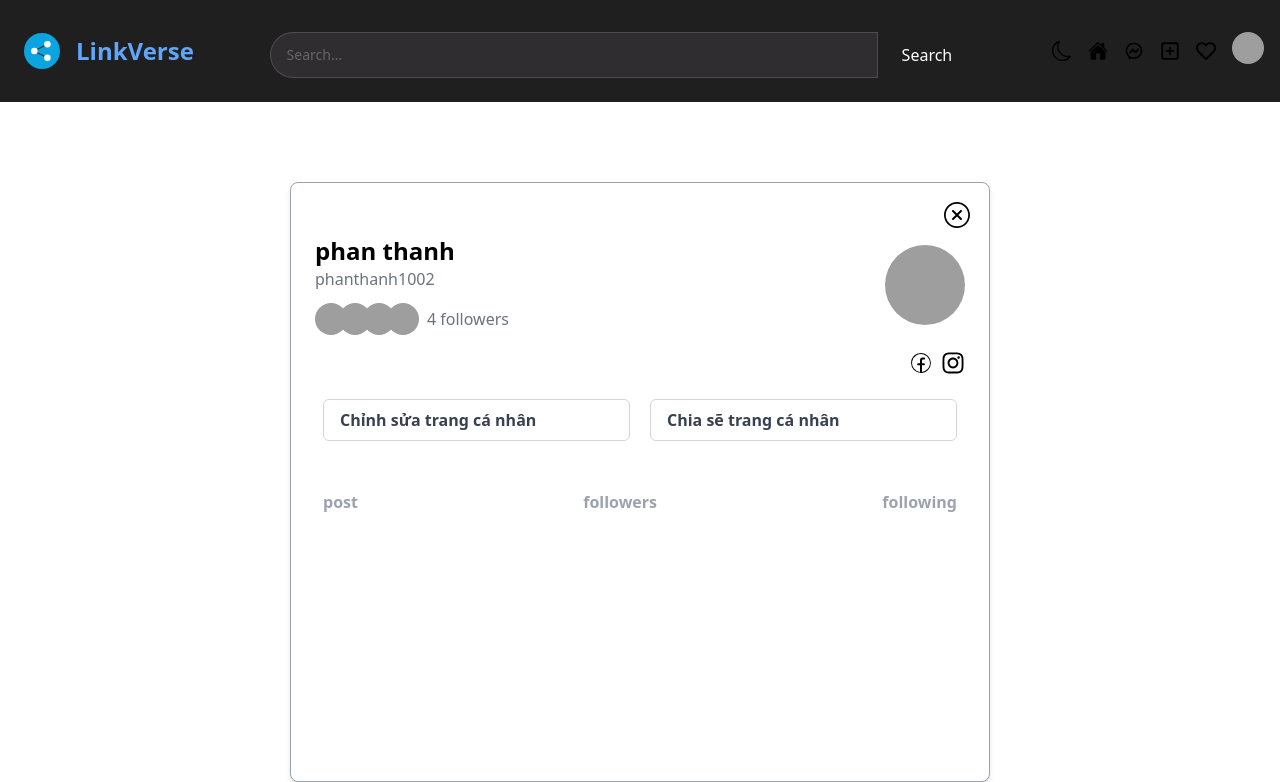
Repository: DangNgocDuong250903/2425_CS445AC_NHOM1
Page: /profile (app in social_fe/)
An editor plug-in stored every save of this project. The page is shown before and after the next save, followed by the edit.
The browser window is 1280 px wide. The pictures show the whole page.
Pictures or frames that could not be fetched are drawn as grey boxes. The project was rebuilt for these pictures with package versions that can differ from the ones it lists, and the page was loaded fresh each time. Also part of the build but not shown: social_fe/vite.config.js, social_fe/src/assets/index.js, social_fe/src/components/FriendCard/index.jsx, social_fe/src/components/Loading/index.jsx, social_fe/src/components/PostCard/index.jsx, social_fe/src/components/ProfileCard/index.jsx, social_fe/src/pages/HomePage/index.jsx, social_fe/src/pages/LoginPage/index.jsx and 6 more.

Above is the page before, as saved 2024-11-05 22:10:24.

### social_fe/index.html
<!DOCTYPE html>
<html lang="en">
  <head>
    <meta charset="UTF-8" />
    <link rel="icon" type="image/svg+xml" href="/public/logo.svg" />
    <meta name="viewport" content="width=device-width, initial-scale=1.0" />
    <title>LinkVerse</title>
  </head>
  <body>
    <div id="root"></div>
    <script type="module" src="/src/main.jsx"></script>
  </body>
</html>

### social_fe/src/main.jsx
import { StrictMode } from "react";
import { createRoot } from "react-dom/client";
import App from "./App.jsx";
import "./index.css";
import { store } from "./redux/store.js";
import { Provider } from "react-redux";
import { BrowserRouter } from "react-router-dom";

createRoot(document.getElementById("root")).render(
  <StrictMode>
    <Provider store={store}>
      <BrowserRouter>
        <App />
      </BrowserRouter>
    </Provider>
  </StrictMode>,
);

### social_fe/src/App.jsx
import { Outlet, Navigate, Route, Routes, useLocation } from "react-router-dom";
import {
  Home,
  Profile,
  Register,
  Login,
  ResetPassword,
  NotFound,
} from "./pages";
import { useSelector } from "react-redux";
import UpdateUser from "./pages/ProfilePage/updateUser";
import ChangePassword from "./pages/ProfilePage/ChangePassword";
import Help from "./pages/ProfilePage/Help";

const Layout = () => {
  const { user } = useSelector((state) => state.user);
  const location = useLocation();

  return user?.token ? (
    <Outlet />
  ) : (
    <Navigate to="/login" state={{ from: location }} replace />
  );
};

function App() {
  const { theme } = useSelector((state) => state.theme);

  return (
    <div data-theme={theme} className="w-full min-h-[100vh]">
      <Routes>
        <Route element={<Layout />}>
          <Route path="/" element={<Home />} />
          <Route path="/profile" element={<Profile />} />
          <Route path="/update_user" element={<UpdateUser />} />
          <Route path="/changepassword" element={<ChangePassword />} />
          <Route path="/help" element={<Help />} />





        </Route>

        <Route path="/register" element={<Register />} />
        <Route path="/login" element={<Login />} />
        <Route path="/reset-password" element={<ResetPassword />} />
        <Route path="*" element={<NotFound />} />
      </Routes>
    </div>
  );
}

export default App;

### social_fe/src/index.css
@tailwind base;
@tailwind components;
@tailwind utilities;

::-webkit-scrollbar {
    display: none;
     -ms-overflow-style: none;  /* IE and Edge */
    scrollbar-width: none;
  }

  .topbar{
  position: sticky;
  top: 0px;
  z-index: 49;
  }


  .dots-container {
    display: flex;
    align-items: center;
    justify-content: center;
    height: 100%;
    width: 100%;
    margin-bottom: 5px;
  }

  .dot {
    height: 12px;
    width: 12px;
    margin-right: 10px;
    border-radius: 10px;
    background-color: #fff;
    animation: pulse 1.5s infinite ease-in-out;
  }

  .dot:last-child {
    margin-right: 0;
  }

  .dot:nth-child(1) {
    animation-delay: -0.3s;
  }

  .dot:nth-child(2) {
    animation-delay: -0.1s;
  }

  .dot:nth-child(3) {
    animation-delay: 0.1s;
  }

  @keyframes pulse {
    0% {
      transform: scale(0.8);
      background-color: #b3d4fc;
      box-shadow: 0 0 0 0 rgba(178, 212, 252, 0.7);
    }

    50% {
      transform: scale(1.2);
      background-color: #4b79e4;
      box-shadow: 0 0 0 10px rgba(178, 212, 252, 0);
    }

    100% {
      transform: scale(0.8);
      background-color: #2584f8;
      box-shadow: 0 0 0 0 rgba(178, 212, 252, 0.7);
    }
  }

  @layer base {
    :root {
      --color-bg: 227 227 227;
      --color-primary: 255 255 255;
      --color-secondary:255 255 255;
      --color-ascent1: 0 0 0;
      --color-ascent2: 89 91 100;
      --color-blue: 6 90 216;
      --color-white: 255 255 255;

    }
    /* //15 23 42  21 30 49*/
    [data-theme="dark"] {
       --color-bg: 12 12 12;
       --color-primary: 31 31 31;
      --color-secondary: 47 45 48;
      --color-ascent1: 255 255 255;
      --color-ascent2: 164 161 162;
      --color-blue: 6 90 216;
      /* //16 176 255; */
      --color-white: 255 255 255;
    }
  }

### social_fe/src/redux/store.js
import { configureStore } from "@reduxjs/toolkit";

import { rootReducer } from "./reducer";

const store = configureStore({
  reducer: rootReducer,
});

const { dispatch } = store;

export { store, dispatch };

### social_fe/src/pages/index.js
import Home from "./HomePage";
import Login from "./LoginPage";
import NotFound from "./NotFoundPage";
import Profile from "./ProfilePage";
import Register from "./RegisterPage";
import ResetPassword from "./ResetPasswordPage";

export { Home, Login, NotFound, Profile, Register, ResetPassword };

### social_fe/src/redux/reducer.js
import { combineReducers } from "@reduxjs/toolkit";

import postSlice from "./Slices/postSlice";
import themeSlice from "./Slices/theme";
import userSlice from "./Slices/userSlice";

const rootReducer = combineReducers({
  user: userSlice,
  theme: themeSlice,
  posts: postSlice,
});

export { rootReducer };

### social_fe/src/pages/ProfilePage/index.jsx
import { CiFacebook } from "react-icons/ci";
import { FaInstagram } from "react-icons/fa";
import { Link, useNavigate } from "react-router-dom";
import { IoIosCloseCircleOutline } from "react-icons/io";
import { TopBar } from "~/components";


const Profile = () => {
  const navigate = useNavigate()
  return (
    <>
      <TopBar></TopBar>
      <div className="flex items-center justify-center pt-20">
        <div className="relative p-6 bg-white rounded-lg shadow-md w-[700px] h-[600px] border border-gray-400">
          <IoIosCloseCircleOutline onClick={() => navigate("/")} className="absolute w-8 h-8 cursor-pointer top-4 right-4 hover:text-red-400 " />
          <div className="flex items-center justify-between mt-7">
            <div>
              <h1 className="text-2xl font-bold">phan thanh</h1>
              <p className="text-gray-500">phanthanh1002</p>
              <div className="flex items-center object-cover mt-3">
                <img src="https://mighty.tools/mockmind-api/content/human/72.jpg" alt="Follower 1" className="w-8 h-8 rounded-full" />
                <img src="https://mighty.tools/mockmind-api/content/human/38.jpg" alt="Follower 2" className="w-8 h-8 -ml-2 rounded-full" />
                <img src="https://mighty.tools/mockmind-api/content/human/49.jpg" alt="Follower 3" className="w-8 h-8 -ml-2 rounded-full" />
                <img src="https://mighty.tools/mockmind-api/content/human/61.jpg" alt="Follower 4" className="w-8 h-8 -ml-2 rounded-full" />
                <span className="ml-2 text-gray-500">4 followers</span>
              </div>
            </div>
            <img src="https://images.unsplash.com/photo-1535713875002-d1d0cf377fde?w=500&auto=format&fit=crop&q=60&ixlib=rb-4.0.3&ixid=M3wxMjA3fDB8MHxzZWFyY2h8M3x8YXZhdGFyfGVufDB8fDB8fHww" alt="Profile" className="items-center object-cover w-20 h-20 rounded-full" />
          </div>
          <div className="flex justify-end gap-2 mt-4 cursor-pointer ">
            <CiFacebook className="w-6 h-6" />
            <FaInstagram className="w-6 h-6" />
          </div>
          <div className="flex gap-5 p-2">
            <Link to="/update_user" className="w-full px-4 py-2 mt-4 font-semibold text-gray-700 bg-white border border-gray-300 rounded-md hover:bg-gray-200">
              Chỉnh sửa trang cá nhân
            </Link>
            <Link className="w-full px-4 py-2 mt-4 font-semibold text-gray-700 bg-white border border-gray-300 rounded-md hover:bg-gray-200">
              Chia sẽ trang cá nhân
            </Link>
          </div>
          <div className="flex justify-between mt-10 text-gray-400 cursor-pointer ">
            <td className=" font-semibold hover:text-black hover:shadow-[0_3px_0_-1px] px-2">post</td>
            <td className="font-semibold hover:text-black hover:shadow-[0_3px_0_-1px] px-2">followers</td>
            <td className="font-semibold hover:text-black hover:shadow-[0_3px_0_-1px] px-2">following</td>
          </div>
        </div>
        {/*  */}
      </div>
    </>

  );

};

export default Profile;

### social_fe/src/redux/Slices/postSlice.js
import { createSlice } from "@reduxjs/toolkit";

const initialState = {
  posts: {},
};

const postSlice = createSlice({
  name: "post",
  initialState,
  reducers: {
    getPosts(state, action) {
      state.posts = action.payload;
    },
  },
});

export default postSlice.reducer;

export function SetPosts(post) {
  return (dispatch) => {
    dispatch(postSlice.actions.getPosts(post));
  };
}

### social_fe/src/redux/Slices/theme.js
import { createSlice } from "@reduxjs/toolkit";

const initialState = {
  theme: JSON.parse(window?.localStorage.getItem("theme")) ?? "dark",
};

const themeSlice = createSlice({
  name: "theme",
  initialState,
  reducers: {
    setTheme(state, action) {
      state.theme = action.payload;
      localStorage.setItem("theme", JSON.stringify(action.payload));
    },
  },
});

export default themeSlice.reducer;

export function SetTheme(value) {
  return (dispatch) => {
    dispatch(themeSlice.actions.setTheme(value));
  };
}

### social_fe/src/redux/Slices/userSlice.js
import { createSlice } from "@reduxjs/toolkit";

import { user } from "../../assets/data";

const initialState = {
  user: JSON.parse(window?.localStorage.getItem("user")) ?? user,
  edit: false,
};

const userSlice = createSlice({
  name: "user",
  initialState,
  reducers: {
    login(state, action) {
      state.user = action.payload;
      localStorage.setItem("user", JSON.stringify(action.payload));
    },
    logout(state) {
      state.user = null;
      localStorage?.removeItem("user");
    },
    updateProfile(state, action) {
      state.edit = action.payload;
    },
  },
});
export default userSlice.reducer;

export function UserLogin(user) {
  return (dispatch) => {
    dispatch(userSlice.actions.login(user));
  };
}

export function Logout() {
  return (dispatch) => {
    dispatch(userSlice.actions.logout());
  };
}

export function UpdateProfile(val) {
  return (dispatch) => {
    dispatch(userSlice.actions.updateProfile(val));
  };
}

### social_fe/src/components/index.js
import Button from "./Button";
import FriendCard from "./FriendCard";
import Loading from "./Loading";
import PostCard from "./PostCard";
import ProfileCard from "./ProfileCard";
import TextInput from "./TextInput";
import TopBar from "./TopBar";

export {
  Button,
  FriendCard,
  Loading,
  PostCard,
  ProfileCard,
  TextInput,
  TopBar,
};

### social_fe/src/components/Button/index.jsx
const Button = ({ title, containerStyles, iconRight, type, onClick }) => {
  return (
    <button
      onClick={onClick}
      type={type || "button"}
      className={`inline-flex items-center text-base ${containerStyles}`}
    >
      {title}

      {iconRight && <div className="ml-2">{iconRight}</div>}
    </button>
  );
};

export default Button;

### social_fe/src/components/TextInput/index.jsx
/* eslint-disable react/display-name */
import React from "react";

const TextInput = React.forwardRef(
  ({
    type,
    placeholder,
    styles,
    label,
    labelStyles,
    register,
    name,
    error,
    ref,
  }) => {
    return (
      <div className="w-full flex-col flex mt-2">
        {label && (
          <p className={`text-ascent-2 text-sm mb-2 ${labelStyles}`}>{label}</p>
        )}
        <div className="">
          <input
            type={type}
            placeholder={placeholder}
            name={name}
            ref={ref}
            className={`bg-secondary rounded border border-[#66666690] outline-none text-sm text-ascent-1 px-4 py-3 placeholder:text-[#666] ${styles}`}
            {...register}
            aria-invalid={error ? "true" : "false"}
          />
        </div>
        {error && (
          <span className="text-xs text-[#f64949fe] mt-0.5">{error}</span>
        )}
      </div>
    );
  },
);

export default TextInput;

### social_fe/src/components/TopBar/index.jsx
import { useDispatch, useSelector } from "react-redux";
import { Link } from "react-router-dom";
import Logo from "/logo.svg";
import { Button, TextInput } from "..";
import { useForm } from "react-hook-form";
import { BsMoon, BsSunFill } from "react-icons/bs";
import { SetTheme } from "~/redux/Slices/theme";
import { Logout } from "~/redux/Slices/userSlice";
import { FaUser } from "react-icons/fa";
import { IoHome } from "react-icons/io5";
import { RiMessengerLine } from "react-icons/ri";
import { FaRegSquarePlus } from "react-icons/fa6";
import { FaRegHeart } from "react-icons/fa";
import { Popover, PopoverButton, PopoverPanel } from "@headlessui/react";
import { FaRegUserCircle } from "react-icons/fa";
import { IoSettingsOutline } from "react-icons/io5";
import { MdOutlineLogout } from "react-icons/md";




const TopBar = () => {
  const { theme } = useSelector((state) => state.theme);
  const { user } = useSelector((state) => state.user);
  const dispatch = useDispatch();

  const {
    register,
    handleSubmit,
    formState: { errors },
  } = useForm();

  const handleSearch = async (data) => { };
  const handleTheme = () => {
    const themeValue = theme === "light" ? "dark" : "light";
    dispatch(SetTheme(themeValue));
  };
  return (
    <div className="flex items-center justify-between w-full px-4 py-3 topbar md:py-6 bg-primary">
      <Link to="/" className="flex items-center gap-2">
        <div className="p-1 text-white rounded md:p-2">
          <img
            src={Logo}
            alt="logo"
            width={36}
            height={36}
            className="transition-transform hover:scale-110"
          />
        </div>
        <span className="text-xl font-semibold text-blue-400 md:text-2xl">
          LinkVerse
        </span>
      </Link>

      <form
        className="items-center justify-center hidden md:flex"
        onSubmit={handleSubmit(handleSearch)}
      >
        <TextInput
          placeholder="Search..."
          styles="w-[18rem] lg:w-[38rem] rounded-l-full py-3"
          register={register("search")}
        />

        <Button
          title="Search"
          type="submit"
          containerStyles="bg-[#044a4] text-white px-6 py-2.5 mt-2 rounded-r-full"
        />
      </form>

      {/* icons */}
      <div className="flex items-center gap-4 text-base text-ascent-1 md:text-xl">
        <button onClick={() => handleTheme()}>
          {theme ? <BsMoon /> : <BsSunFill />}
        </button>
        <IoHome />
        <div className="hidden lg:flex">
          <RiMessengerLine />
        </div>
        <FaRegSquarePlus />
        <FaRegHeart />
        {/* avatar */}
        <Popover className="relative">
          <PopoverButton className="transition-transform rounded-full hover:scale-105 hover:ring-2 hover:ring-neutral-300 focus:outline-none">
            <img
              className='object-cover w-8 h-8 rounded-full '
              src="https://images.unsplash.com/photo-1543610892-0b1f7e6d8ac1?w=500&auto=format&fit=crop&q=60&ixlib=rb-4.0.3&ixid=M3wxMjA3fDB8MHxzZWFyY2h8Nnx8YXZhdGFyfGVufDB8fDB8fHww" alt="" />
          </PopoverButton>
          <PopoverPanel className="absolute right-0 z-10 p-3 transition-opacity duration-200 ease-in-out bg-white rounded-lg shadow-lg w-[200px] h-[110px] ">
            <div className="flex flex-col items-start p-1 space-y-2 text-sm cursor-pointe ">
              <div className="flex items-center gap-2">
                <FaRegUserCircle />
                <Link to='/profile' className="w-full font-semibold text-left text-gray-500 rounded-lg hover:text-blue-400 ">Trang cá nhân</Link>
              </div>
              <div className="flex items-center gap-2" >
                <IoSettingsOutline />
                <Link to='/setting' className="w-full font-semibold text-left text-gray-500 hover:text-blue-400 ">Settings</Link>
              </div>
              <div className="flex items-center gap-2">
                <MdOutlineLogout />
                <Link
                  onClick={() => dispatch(Logout())}
                  className="font-semibold hover:text-red-400">Đăng Xuất</Link>
              </div>

            </div>
          </PopoverPanel>
        </Popover>
      </div>
    </div>
  );
};

export default TopBar;

### social_fe/tailwind.config.js
/** @type {import('tailwindcss').Config} */
export default {
  content: [
    "./index.html",
    "./src/**/*.{js,ts,jsx,tsx}",
  ],
  theme: {
    extend: {
      colors: {
        bgColor: "rgb(var(--color-bg) / <alpha-value>)",
        primary: "rgb(var(--color-primary) / <alpha-value>)",
        secondary: "rgb(var(--color-secondary) / <alpha-value>)",
        customBlue: "rgb(var(--color-blue) / <alpha-value>)",
        white: "rgb(var(--color-white) / <alpha-value>)",
        ascent: {
          1: "rgb(var(--colorgit-ascent1) / <alpha-value>)",
          2: "rgb(var(--color-ascent2) / <alpha-value>)",
        },
      },
      screens: {
        sm: "640px",

        md: "768px",

        lg: "1024px",

        xl: "1280px",

        "2xl": "1536px",
      },
      extend: {
      },
    },
    plugins: [],
  }
}

Loaded but not shown: social_fe/src/assets/data.js (508 lines, source omitted)

After the next save:
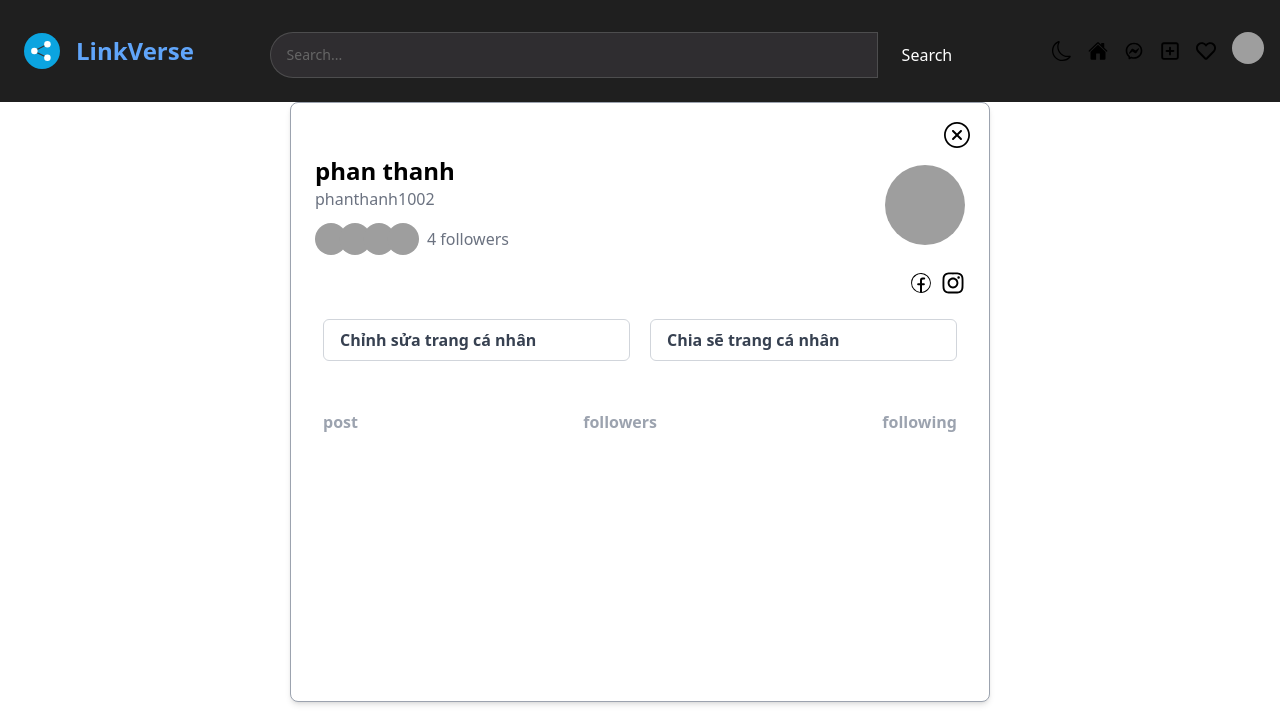
Saved 7 s later.
--- a/social_fe/src/pages/ProfilePage/index.jsx
+++ b/social_fe/src/pages/ProfilePage/index.jsx
@@ -10,7 +10,7 @@ const Profile = () => {
   return (
     <>
       <TopBar></TopBar>
-      <div className="flex items-center justify-center pt-20">
+      <div className="flex items-center justify-center ">
         <div className="relative p-6 bg-white rounded-lg shadow-md w-[700px] h-[600px] border border-gray-400">
           <IoIosCloseCircleOutline onClick={() => navigate("/")} className="absolute w-8 h-8 cursor-pointer top-4 right-4 hover:text-red-400 " />
           <div className="flex items-center justify-between mt-7">
